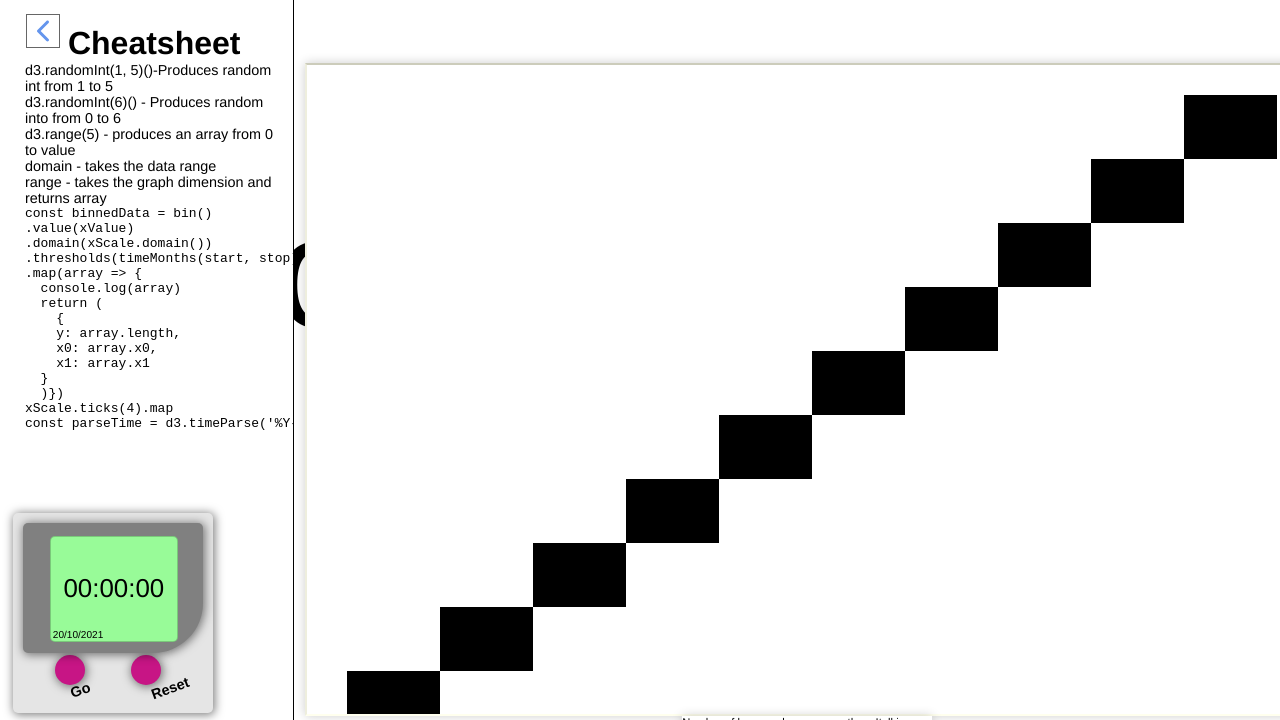
Repository: Lewisjohnward/100-days-of-d3
Page: /
An editor plug-in stored every save of this project. The page is shown before and after the next save, followed by the edit.
The browser window is 1280 px wide. The pictures show the whole page.
The project was rebuilt for these pictures with package versions that can differ from the ones it lists, and the page was loaded fresh each time. Also part of the build but not shown: src/charts/chart1/styles.js, src/charts/chart1/Chart.js, src/charts/chart2/useGetData.js, src/charts/chart2/styles.js, src/charts/chart2/Chart.js, src/charts/chart3/useGetData.js, src/charts/chart3/styles.js, src/charts/chart3/Chart.js and 3 more.

Above is the page before, as saved 2021-10-20 16:37:36.

### src/App.js
import { useState } from "react";
import { IoIosArrowForward } from "react-icons/io";
import styled from "styled-components";
import { Chart1, Chart2, Chart3, Chart4, Chart5 } from "./charts/index.js";
import { Hello } from "./components/HelloD3";
import { Navbar } from "./components/Navbar.js";

const BodyContainer = styled.div`
  position: relative;
  z-index: 99;
  display: flex;
  height: ${({ height }) => height}px;
  overflow: hidden;
`;

const ChartGrid = styled.div`
  display: grid;
  overflow: scroll;
  grid-template-columns: repeat(3, 400px);
  grid-template-rows: repeat(2, 400px);
  justify-content: center;
  align-items: start;
  align-content: start;
  grid-gap: 0px;
  padding: 1%;
`;

const View = styled.div`
  width: 75%;
  padding: 1%;
`;

const Icon = styled(IoIosArrowForward)`
  position: absolute;
  bottom: 5%;
  right: 40%;
  font-size: 2em;
  transform: rotate(90deg);
  cursor: pointer;
  border: 1px solid black;
`;

const SingleView = styled.div``;

const height = window.innerHeight;

function App() {
  const [gridView, setGridView] = useState(false);
  return (
    <BodyContainer height={height}>
      <Hello />
      <Navbar />
      <View>
        {gridView ? (
          <ChartGrid>
            <Chart1 />
            <Chart2 />
            <Chart3 />
            <Chart4 />

          </ChartGrid>
        ) : (
          <SingleView>
            <Chart5 />
          </SingleView>
        )}
      </View>
      <Icon onClick={() => setGridView((prev) => !prev)} />
    </BodyContainer>
  );
}

export default App;

### src/index.css
*{
    margin: 0;
    padding: 0;
}

body {
    font-family: Helvetica, "Trebuchet MS", Verdana, sans-serif;
}

### src/charts/index.js
export { Test as Chart1} from "./chart1/Chart"
export { Chart as Chart2} from "./chart2/Chart"
export { Chart as Chart3} from "./chart3/Chart"
export { Chart as Chart4} from "./chart4/Chart"
export { Chart as Chart5} from "./chart5/Chart"

### src/components/HelloD3.js
import { useState } from "react";
import styled, { keyframes } from "styled-components";

const letterAnimation = keyframes`
    0% {transform: rotate(0deg);}
    20% {transform: rotate(-45deg);}
    100% {transform: rotate(-45deg);}
`;

const TextContainer = styled.div`
  position: absolute;
  top: 25%;
  display: flex;
  font-size: 10em;

`;

const LetterContainer = styled.div`
  &.fallanimation {
    transition: transform 1s;
    transform: translateY(942px);
  }

  p {
    font-weight: ${({bold}) => bold ? 600: 300};
    &.fallanimation {
      animation: ${letterAnimation} ease-out 1s forwards;
    }
  }
`;

const word = "Hello";
const d3 = "D3"
const d3Array = d3.split("");
const wordArray = word.split("");
const height = window.innerHeight;

export const Hello = () => {
  return (
    <TextContainer>
      {wordArray.map((d) => (
        <Letter letter={d} />
      ))}
      {d3Array.map((d) => (
        <Letter letter={d} bold={true}/>
      ))}
    </TextContainer>
  );
};

const Letter = ({ letter, bold}) => {
  const [visible, setVisible] = useState(true);

  const handleMouseEnter = () => {
    setVisible((prev) => !prev);
  };

  return (
    <LetterContainer className={!visible && "fallanimation"} height={height} bold={bold}>
      <p
        className={!visible && "fallanimation"}
        onMouseEnter={() => handleMouseEnter()}
      >
        {letter}
      </p>
    </LetterContainer>
  );
};

### src/components/Navbar.js
import { useState } from "react";
import styled from "styled-components";
import { TimerComponent as Timer } from "./Timer";
import { IoIosArrowBack, IoMdHelp } from "react-icons/io";

const NavContainer = styled.div`
  height: 100%;
  width: 25%;
  overflow: hidden;
  background: white;
  padding: 25px 10px 25px 25px;
  border-right: 1px solid black;
  > p {
    font-size: 0.9em;
  }

  &.open {
    transition: all 1s ease-in;
    transform: translateX(0px);
  }
  &.close {
    transition: all 1s ease-in;
    transform: translateX(-100%);
  }
`;

const Title = styled.div`
  font-size: 2em;
  font-weight: 700;
  text-align: center;
`;

const Icon = styled(IoMdHelp)`
  position: absolute;
  left: 2%;
  top: 2%;
  z-index: 1;
  font-size: 2em;
  color: cornflowerblue;
  cursor: pointer;
  border: 1px solid rgba(0, 0, 0, 0.6);
`;
const CloseIcon = styled(IoIosArrowBack)`
  position: absolute;
  left: 2%;
  top: 2%;
  z-index: 1;
  font-size: 2em;
  color: cornflowerblue;
  cursor: pointer;
  border: 1px solid rgba(0, 0, 0, 0.6);
`;

const code = `const binnedData = bin()
.value(xValue)
.domain(xScale.domain())
.thresholds(timeMonths(start, stop))(data)
.map(array => {
  console.log(array)
  return (
    {
    y: array.length,
    x0: array.x0,
    x1: array.x1
  }
  )})`;

export const Navbar = () => {
  const [visible, setVisible] = useState(true);
  return (
    <>
      {visible ? (
        <CloseIcon onClick={() => setVisible((prev) => !prev)} />
      ) : (
        <Icon onClick={() => setVisible((prev) => !prev)} />
      )}
      <NavContainer className={visible ? "open" : "close"}>
        <Title>Cheatsheet</Title>
        <p>d3.randomInt(1, 5)()-Produces random int from 1 to 5</p>
        <p>d3.randomInt(6)() - Produces random into from 0 to 6</p>
        <p>d3.range(5) - produces an array from 0 to value</p>
        <p>domain - takes the data range</p>
        <p>range - takes the graph dimension and returns array</p>
        <pre>
          <code>{code}</code>
        </pre>
        <pre>
          <code>xScale.ticks(4).map</code>
        </pre>
        <pre>
          <code>const parseTime = d3.timeParse('%Y-%m-%d');</code>
        </pre>
      </NavContainer>
      <Timer />
    </>
  );
};

### src/charts/chart5/Chart.js
import { useState } from "react";
import { useGetData } from "./useGetData";
import {
  randomInt,
  range,
  scaleLinear,
  scaleTime,
  max,
  bin,
  extent,
  timeMonths,
  sum,
  scaleBand,
  timeFormat,
} from "d3";
import {
  Frame,
  Svg,
  ChartContainer,
  Description,
  DescriptionContainer,
  Signature,
} from "./styles";

const margin = {
  top: 30,
  right: 30,
  bottom: 30,
  left: 40,
};

const height = 700;
const width = 1000;

const innerHeight = height - margin.top - margin.bottom;
const innerWidth = width - margin.left - margin.right;

const array = range(10);
const data = array.map((d) => {
  return {
    a: d,
    b: d,
  };
});
console.log(data)
const xValue = d => d.a
const yValue = d => d.b

const xScale = scaleBand()
  .domain(data.map(xValue))
  .range([0, innerWidth]);

  console.log(xScale(5))

const yScale = scaleBand()
  .domain(data.map(yValue))
  .range([innerHeight, 0]);

export const Chart = () => {

  if (!data) {
    return null;
  }

  return (
    <Frame>
      <ChartContainer>
        <Svg height={height} width={width}>
          <g transform={`translate(${margin.left}, ${margin.top})`}>
            {data.map((d) => (
              <g transform={`translate(${xScale(xValue(d))}, ${yScale(yValue(d))})`}>
                <rect
                  height={yScale.bandwidth()}
                  width={xScale.bandwidth()}
                  fill="black"
                />
              </g>
            ))}
          </g>
        </Svg>

        <Frame small={"true"}>
          <DescriptionContainer>
            <Description>
              Number of lessons done per month on Italki
            </Description>
            <Description>Cumulative Bar Chart on SVG With D3</Description>
            <Signature>09/10/21 - L Ward</Signature>
          </DescriptionContainer>
        </Frame>
      </ChartContainer>
    </Frame>
  );
};

const Mark = ({ x, y, width, height, fill }) => {
  const [tooltipVisible, setToolTipVisible] = useState(false);

  return (
    <>
      <rect x={x} y={y} width={width} height={height} fill={fill} />
      {tooltipVisible && (
        <rect x={x + 10} y={y - 25} height={50} width={50} rx={5} />
      )}
    </>
  );
};

### src/components/Timer.js
import { useState, useEffect } from "react";
import styled, { keyframes } from "styled-components";

const Icon = styled.div`
  position: absolute;
  bottom: 1%;
  left: 1%;
  height: 200px;
  width: 200px;
  padding: 0px;
  margin: 0px;

  color: black;
  overflow: hidden;
  background: rgb(229, 229, 229);
  opacity: 1;
  text-shadow: none;
  font-weight: 300;
  font-size: 0.9em;
  box-shadow: 1px 1px 10px 1px rgba(0, 0, 0, 0.5);
  border-radius: 5px;
`;

const Container = styled.div`
  height: 100%;
  width: 100%;
  display: flex;
  flex-direction: column;
  justify-content: center;
  align-items: center;
`;

const Timer = styled.div`
  position: relative;
  background: gray;
  height: 65%;
  width: 90%;
  border-radius: 5px 5px 50px 5px;
  box-shadow: 1px 1px 10px 1px rgba(0, 0, 0, 0.5);
`;

const TimerContainer = styled.div`
  position: absolute;
  top: 10%;
  left: 15%;
  height: 80%;
  width: 70%;
  display: flex;
  justify-content: center;
  align-items: center;

  background: palegreen;
  border-radius: 5px;
  border: 1px solid rgba(0, 0, 0, 0.2);
  font-size: 1.8em;
`;

const ButtonContainer = styled.div`
  height: 25%;
  width: 80%;
  display: flex;

  flex-direction: row;
  justify-content: space-around;
  align-items: center;
`;

const Start_StopContainer = styled.div`
  display: flex;
  align-items: center;
  justify-content: center;
  background: mediumvioletred;
  width: 30px;
  height: 30px;
  border-radius: 100%;
  box-shadow: 1px 1px 10px 1px rgba(0, 0, 0, 0.5);
  font-size: 1.2em;
  font-weight: 800;
  cursor: pointer;

  &:active {
    transition: transform 0.1s box-shadow 0.1s;
    transform: translateY(10%);
  }
`;

const ButtonDiv = styled.div`
  font-weight: 600;

  p {
    transform: translate(50%, -30%) rotate(-20deg);
  }
`;

const DateContainer = styled.div`
  position: absolute;
  top: 58%;
  left: 20%;
  font-size: 0.7em;
  text-decoration: italic;

  .today {
    right: 0%;
  }
`;

export const TimerComponent = ({ grid }) => {
  const [seconds, setSeconds] = useState(0);
  const [active, setActive] = useState(false);

  useEffect(() => {
    const seconds = parseInt(localStorage.getItem("seconds-d3")) || 0;
    const active = localStorage.getItem("state-d3") || false;
    setActive(active);
    setSeconds(seconds);
  }, []);

  useEffect(() => {
    if (active) {
      setTimeout(() => {
        setSeconds((prev) => prev + 1);
      }, 1000);
    }
    localStorage.setItem("seconds-d3", seconds);
    localStorage.setItem("state-d3", active);
  }, [active, seconds]);

  function secondsToTime(e) {
    var h = Math.floor(e / 3600)
        .toString()
        .padStart(2, "0"),
      m = Math.floor((e % 3600) / 60)
        .toString()
        .padStart(2, "0"),
      s = Math.floor(e % 60)
        .toString()
        .padStart(2, "0");

    return h + ":" + m + ":" + s;
    //return `${h}:${m}:${s}`;
  }

  return (
    <Icon className={`icon`}>
      <Container>
        <Timer>
          <TimerContainer>{secondsToTime(seconds)}</TimerContainer>
        </Timer>
        <DateContainer>20/10/2021</DateContainer>

        <ButtonContainer>
          <ButtonDiv>
            <Start_StopContainer
              onClick={() => {
                if (!active) {
                  setActive(true);
                }
              }}
            />
            <p>Go</p>
          </ButtonDiv>
          {active ? (
            <ButtonDiv>
              <Start_StopContainer onClick={() => setActive(false)} />
              <p>Stop</p>
            </ButtonDiv>
          ) : (
            <ButtonDiv>
              <Start_StopContainer onClick={() => setSeconds(0)} />
              <p>Reset</p>
            </ButtonDiv>
          )}
        </ButtonContainer>
      </Container>
    </Icon>
  );
};

### src/charts/chart5/useGetData.js
import {useState, useEffect} from "react"
import {csv} from "d3"


const url = "https://gist.githubusercontent.com/Lewisjohnward/8192f90bcb3d1298a9b1723d5d5471be/raw/6fa24f5a3db45f6b6d68d3846ca17b4d0435f60c/worth.csv"
export const useGetData = () => {
    const [data, setData] = useState(null)

    useEffect(() => {
        const row = d => {
            const splitArray = d.date.split("-")
            const year = splitArray[1]
            const month = splitArray[0]
            d.date = new Date(`20${year}`, month, 1)
            d.basicexp = +d["basic expenditure"]
            d.extraexp = +d["extra expenditure"]
            d.totalexp = +d["total expenditure"]
            d.networth = +d["nw"]
            d["4"] = +d["4"]
            d["5"]= +d["5"]

            return d
        }

        csv(url, row).then(setData)
    }, [])


    return data
}

### src/charts/chart5/styles.js
import styled from "styled-components";

export const Frame = styled.div`
  height: ${({ small }) => (small ? "50px" : "800px")};
  width: ${({ small }) => (small ? "250px" : "1000px")};
  margin: auto;
`;

export const ChartContainer = styled.div`
position: relative;
z-index: 999;
  display: flex;
  flex-direction: column;
  justify-content: space-around;
  align-items: center;
  height: 100%;
  width: 100%;
  padding: 5% 1%;
  box-sizing: border-box;
`;

export const Svg = styled.svg`
  height: ${({ height }) => height}px;
  width: ${({ width }) => width}px;
  background: white;
  box-shadow: 0px 0px 10px 0px rgba(0, 0, 0, 0.2);
  border: solid 2px;
  border-bottom-color: #ffe;
  border-left-color: #eed;
  border-right-color: #eed;
  border-top-color: #ccb;
  font-size: 0.7em;

  line {
    stroke: gray;
    opacity: 0.6;
    shape-rendering: crispEdges;
  }

  text {
    font-style: italic;
    fill: gray;
  }

  .rect {
    fill: seagreen;

    .five{
    fill : crimson;
  }
  }


`;

export const DescriptionContainer = styled.div`
  box-sizing: border-box;
  display: flex;
  flex-direction: column;
  justify-content: space-between;
  width: 100%;
  height: 100%;
  box-shadow: 0px 0px 10px 0px rgba(0, 0, 0, 0.2);
  background: white;
`;

export const Description = styled.p`
  text-align: left;
  font-size: 0.7em;
`;

export const Signature = styled.p`
  text-align: left;
  font-style: italic;
  font-size: 0.6em;
`;

Loaded but not shown: public/index.html (common file); src/index.js (common file)

After the next save:
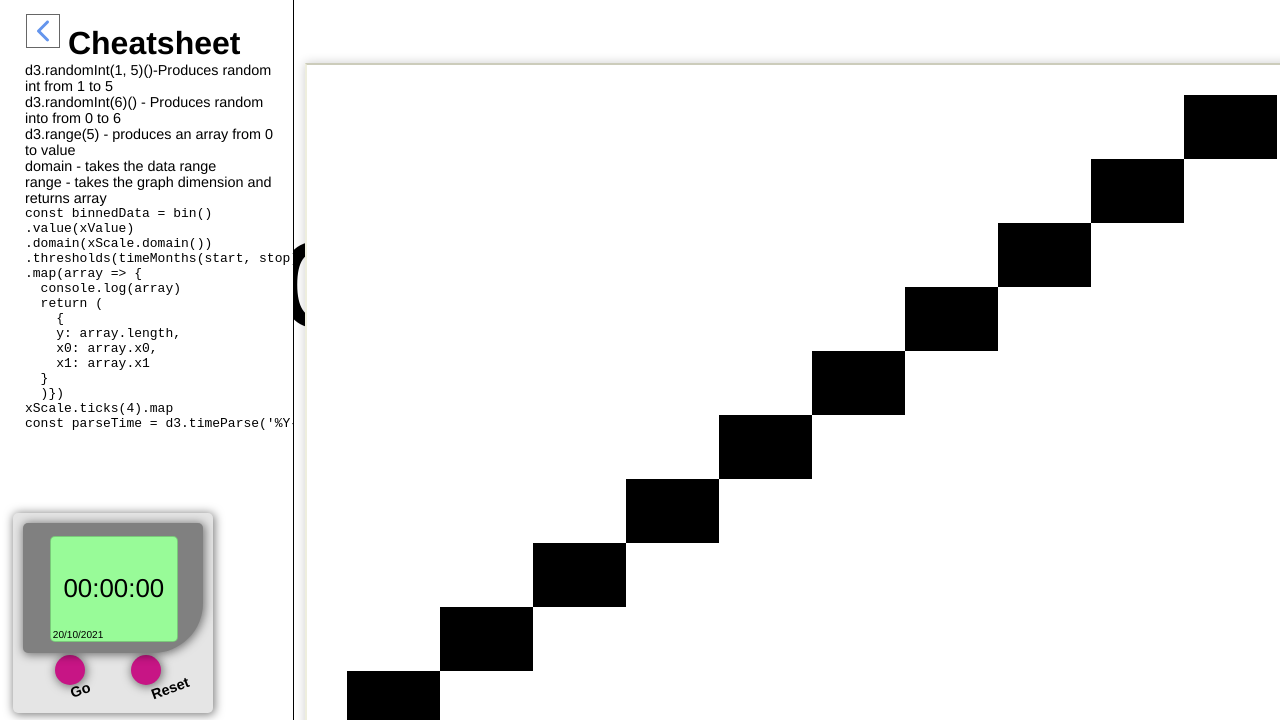
Saved 23 s later.
--- a/src/charts/chart5/styles.js
+++ b/src/charts/chart5/styles.js
@@ -1,7 +1,7 @@
 import styled from "styled-components";
 
 export const Frame = styled.div`
-  height: ${({ small }) => (small ? "50px" : "800px")};
+  height: ${({ small }) => (small ? "50px" : "900px")};
   width: ${({ small }) => (small ? "250px" : "1000px")};
   margin: auto;
 `;
